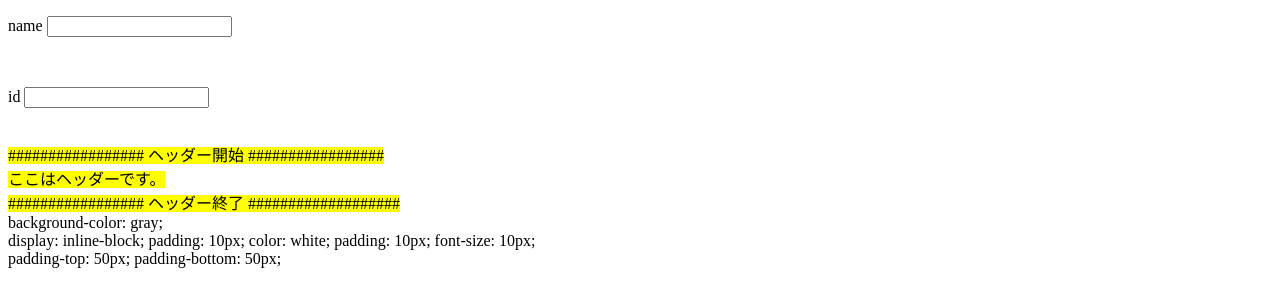
Repository: yousuke-taniuti/curriculun
Page: http://localhost/_Check3/
These files come from the project's save history. The page is drawn as it stood at one moment and after the next save; the edit follows.
The browser window is 1280 px wide. The pictures show the whole page.
The page is served by Tomcat 9.

Above is the page before, as saved 2022-05-10 07:24:17.

### JavaStudy/ Check3/WebContent/jspTest.jsp
<%@ page language="java" contentType="text/html; charset=UTF-8"
    pageEncoding="UTF-8"%>
<!DOCTYPE html PUBLIC "-//W3C//DTD HTML 4.01 Transitional//EN" "http://www.w3.org/TR/html4/loose.dtd">
<html>
<head>
<meta http-equiv="Content-Type" content="text/html; charset=UTF-8">
<title>Insert title here</title>
</head>
<body>

<!-- name、idの入力エリアを作成しなさい -->
<form action="#" method="post">
	<p>name
	<input type="text" name="name"></p><br>
	<p>id
	<input type="text" name="password"></p><br>

</form>
<%@ include file="header.jsp" %>
<jsp:include page="footer.jsp"/>
<div>
padding-top: 50px;
padding-bottom: 50px;
</div>

</body>
</html>

### JavaStudy/ Check3/WebContent/header.jsp
<%@ page language="java" contentType="text/html; charset=UTF-8"
    pageEncoding="UTF-8"%>
<!DOCTYPE html PUBLIC "-//W3C//DTD HTML 4.01 Transitional//EN" "http://www.w3.org/TR/html4/loose.dtd">
<html>
<head>
<meta http-equiv="Content-Type" content="text/html; charset=UTF-8">
<title>Insert title here</title>
</head>
<body>
<mark>
################# ヘッダー開始 #################<br />
<mark>ここはヘッダーです。</mark><br />
################# ヘッダー終了 ###################<br />
</mark>
<header>
 <div>background-color: gray;</div>
 <label>
 display: inline-block;
padding: 10px;
color: white;
 </label>
 <label>
 padding: 10px;
font-size: 10px;

 </label>
</header>

<!-- </body>
</html> -->

### JavaStudy/ Check3/WebContent/footer.jsp
<%@ page language="java" contentType="text/html; charset=UTF-8"
    pageEncoding="UTF-8"%>
<!DOCTYPE html PUBLIC "-//W3C//DTD HTML 4.01 Transitional//EN" "http://www.w3.org/TR/html4/loose.dtd">
<html>
<head>
<meta http-equiv="Content-Type" content="text/html; charset=UTF-8">
<title>Insert title here</title>
</head>
<body>

<!-- フッターを作成 -->

</body>
</html>

After the next save:
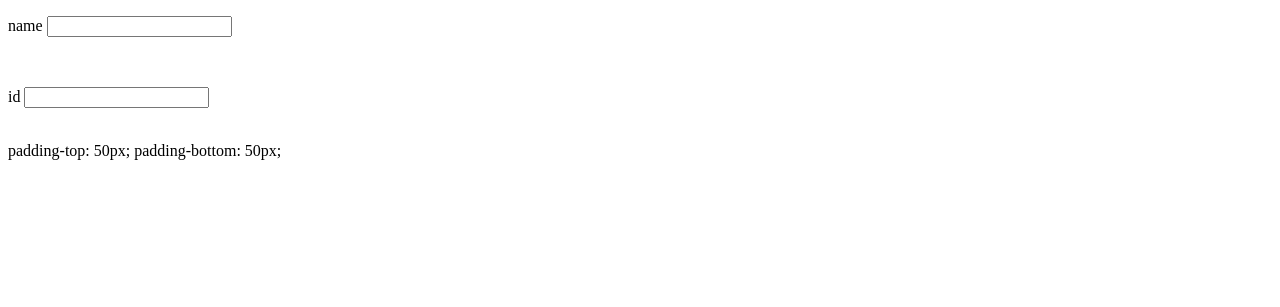
Saved 2 s later.
--- a/JavaStudy/ Check3/WebContent/header.jsp
+++ b/JavaStudy/ Check3/WebContent/header.jsp
@@ -7,24 +7,8 @@
 <title>Insert title here</title>
 </head>
 <body>
-<mark>
-################# ヘッダー開始 #################<br />
-<mark>ここはヘッダーです。</mark><br />
-################# ヘッダー終了 ###################<br />
-</mark>
-<header>
- <div>background-color: gray;</div>
- <label>
- display: inline-block;
-padding: 10px;
-color: white;
- </label>
- <label>
- padding: 10px;
-font-size: 10px;
 
- </label>
-</header>
+<header></header>
 
 <!-- </body>
 </html> -->
